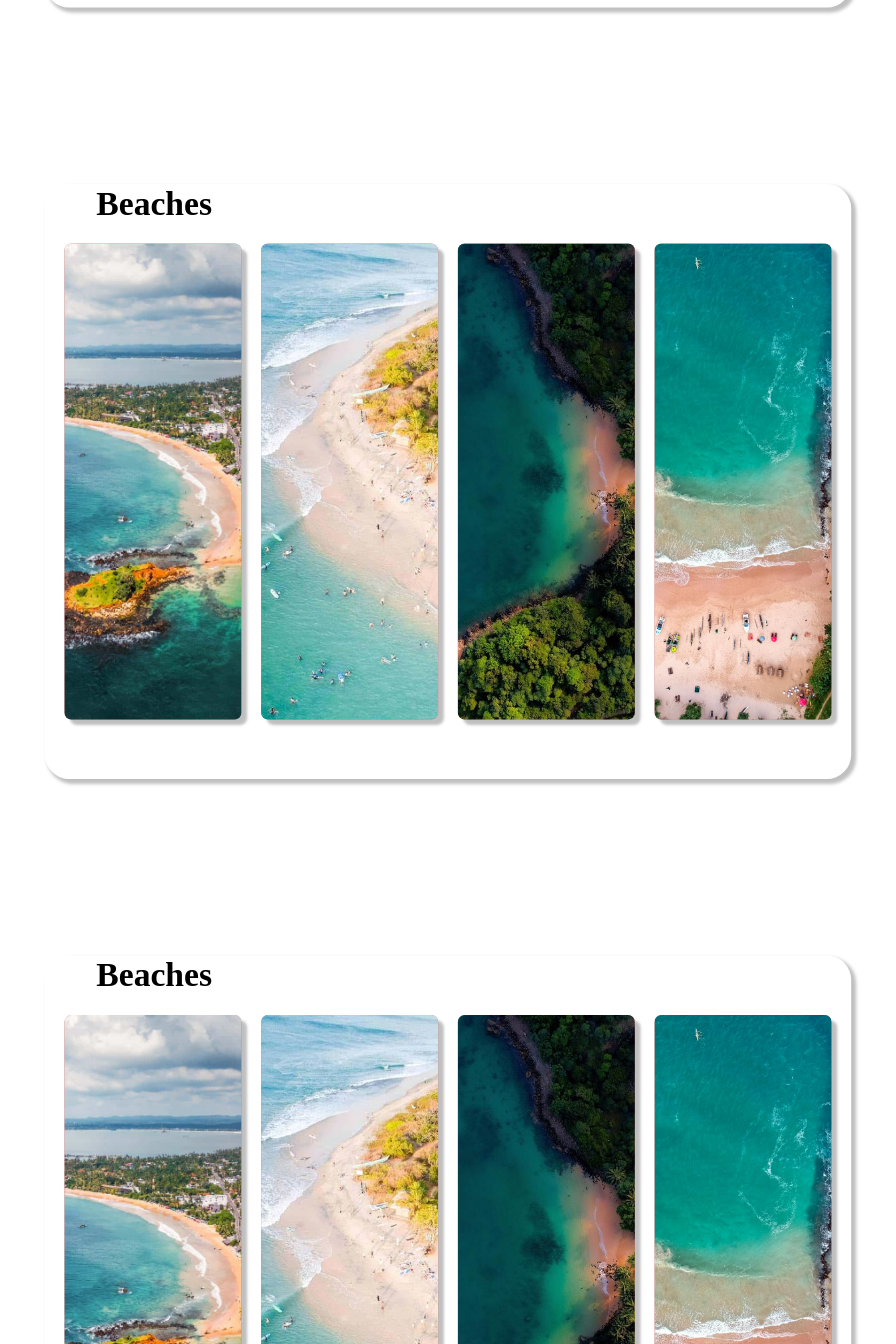
Repository: Haakim19/TavelWorld
Page: HTML/Destination.html
An editor plug-in stored every save of this project. The page is shown before and after the next save, followed by the edit.
The browser window is 1280 px wide. The pictures show the part of the page from y = 1217 to 3137 px (the page is 4749 px tall before and 4692 px after), at 70% of full size.
Some web fonts or font styles are not loaded; a fallback is used.

Above is the page before, as saved 2024-11-02 19:02:57.

After the next save:
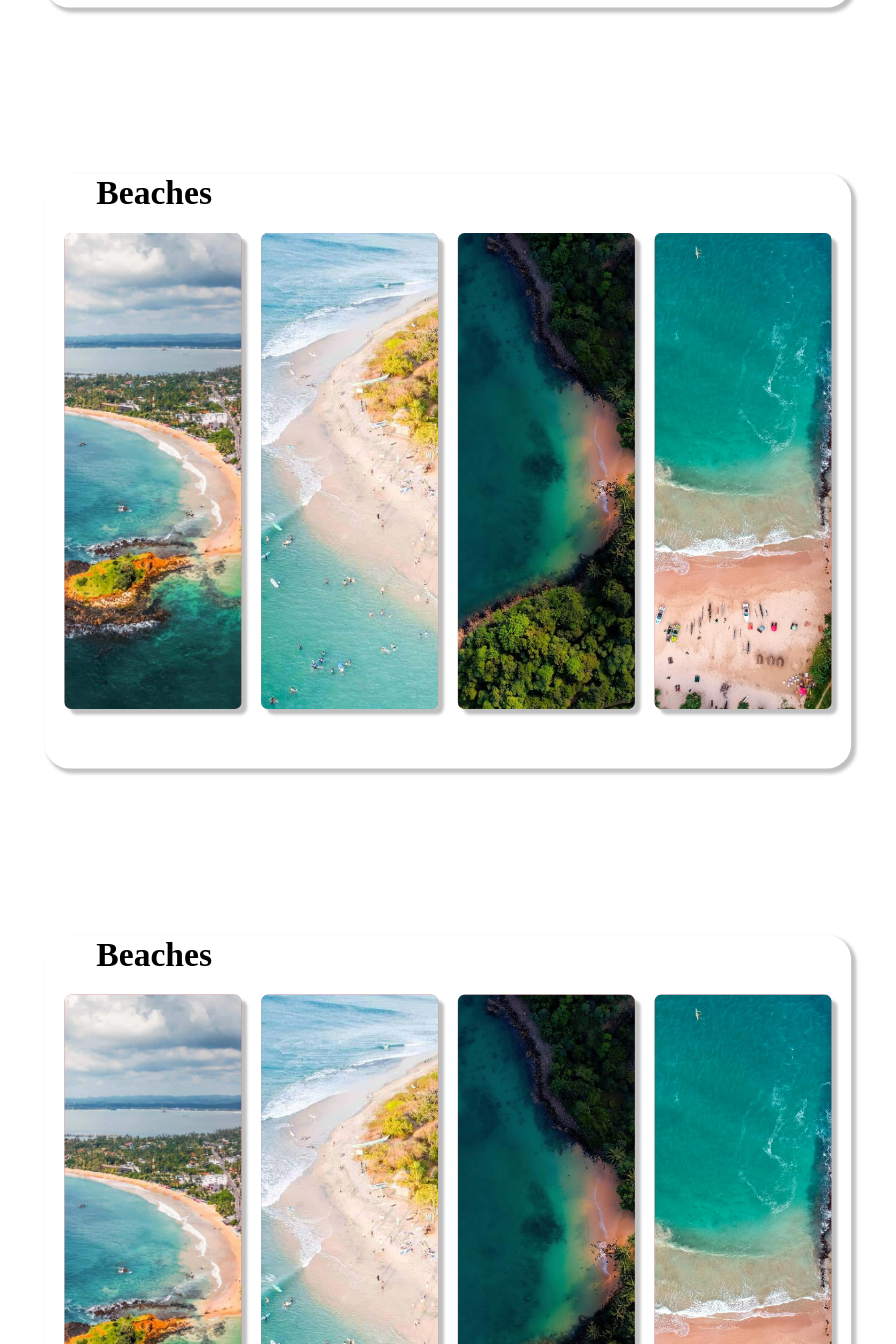
Saved 16 s later.
--- a/CSS/Destination.css
+++ b/CSS/Destination.css
@@ -17,7 +17,7 @@
     margin-top: 35vh;
     margin-left: 5%;
     margin-right: 20%;
-    margin-bottom: 2vh;
+    margin-bottom:-2vh;
     z-index: 10;
 }
 .container .box {

After the save that followed:
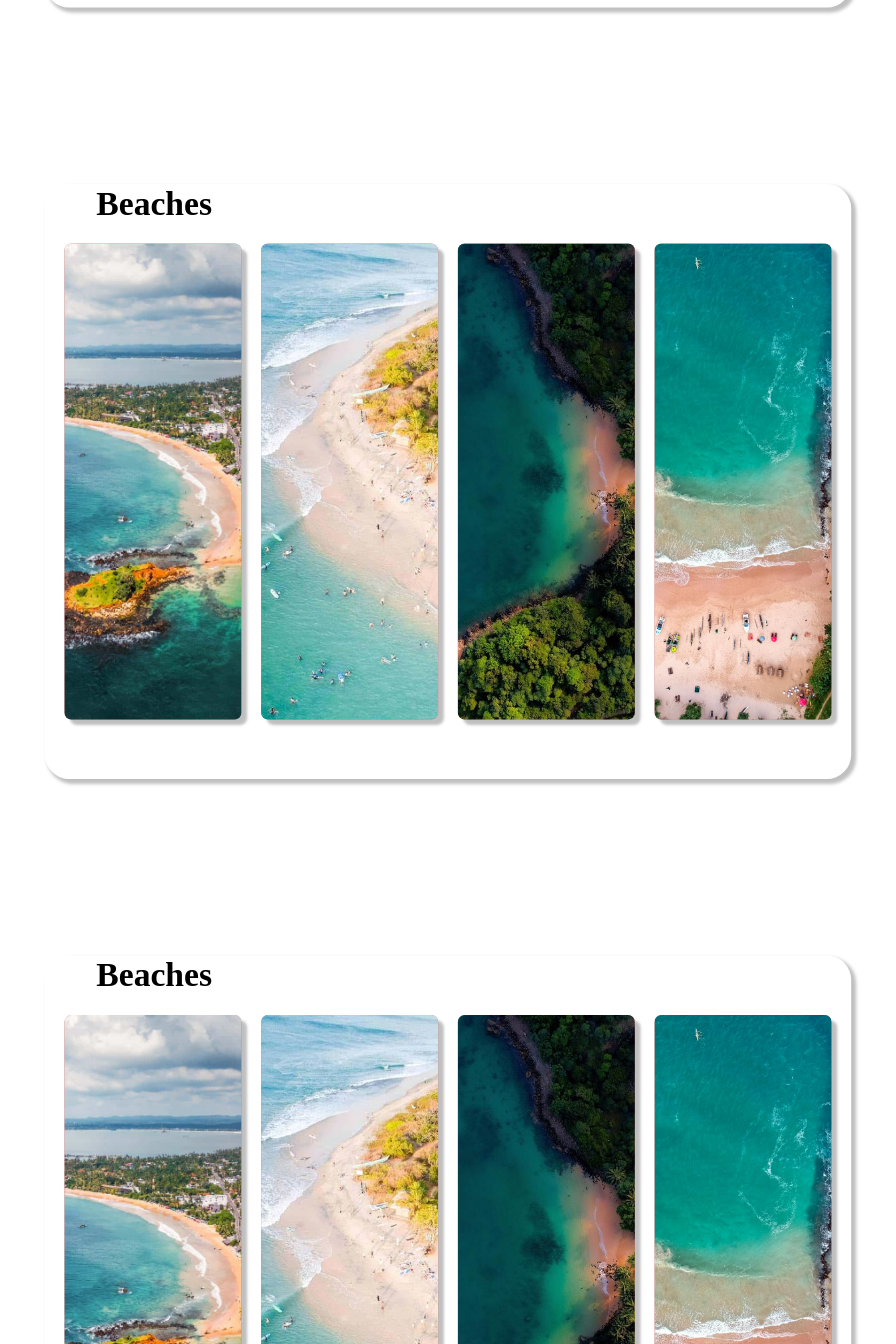
Saved 4 s later.
--- a/CSS/Destination.css
+++ b/CSS/Destination.css
@@ -17,7 +17,7 @@
     margin-top: 35vh;
     margin-left: 5%;
     margin-right: 20%;
-    margin-bottom:-2vh;
+    margin-bottom:2vh;
     z-index: 10;
 }
 .container .box {
